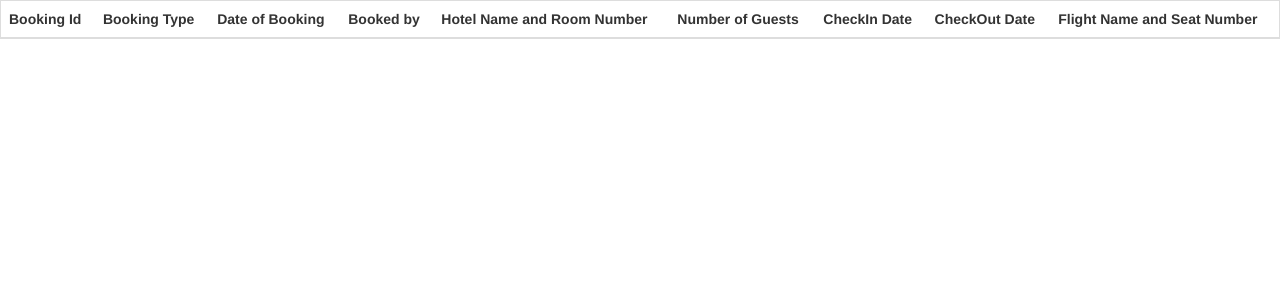
Repository: pparaska/Important
Page: http://localhost/website/WEB-INF/jsp/BookingList.jsp
The author's editor kept a copy of each file at every save. The page is drawn from the files as they stood at one save, then again after the next save.
The browser window is 1280 px wide. The pictures show the whole page.
The page is served by Tomcat 9. Nobody is signed in. Other server files are loaded and not shown. The template is opened directly, without the code that normally fills it, so the values that code supplies are empty.

Above is the page before, as saved 2019-02-15 06:37:29.

### Tripweb/website/src/main/webapp/WEB-INF/jsp/BookingList.jsp
<%@ page language="java" contentType="text/html; charset=ISO-8859-1"
	pageEncoding="ISO-8859-1"%>
<%@ taglib prefix="jstl" uri="http://java.sun.com/jsp/jstl/core"%>
<!DOCTYPE html>
<html>
<head>
<!-- Latest compiled and minified CSS -->
<link rel="stylesheet"
	href="https://maxcdn.bootstrapcdn.com/bootstrap/3.4.0/css/bootstrap.min.css">

<!-- jQuery library -->
<script
	src="https://ajax.googleapis.com/ajax/libs/jquery/3.3.1/jquery.min.js"></script>

<!-- Latest compiled JavaScript -->
<script
	src="https://maxcdn.bootstrapcdn.com/bootstrap/3.4.0/js/bootstrap.min.js"></script>
<meta charset="ISO-8859-1">
<title>Insert title here</title>
</head>
<body>
	<table class="table">
		<thead class="table table-bordered table-dark">
			<tr>
				<th scope="col">Booking Id</th>
				<th scope="col">Booking Type</th>
				<th scope="col">Date of Booking</th>
				<th scope="col">Booked by</th>
				<th scope="col">Hotel Name and Room Number</th>
				<th scope="col">Number of Guests</th>
				<th scope="col">CheckIn Date</th>
				<th scope="col">CheckOut Date</th>
				<th scope="col">Flight Name and Seat Number</th>
			</tr>
		</thead>
		<tbody>
			<jstl:forEach var="bookingList" items="${bookingList}">
				<tr>
					<!-- <th scope="row"></th> -->
					<td>${bookingList.bookingID}</td>
					<td>${bookingList.bookingType}</td>
					<td>${bookingList.dateOfBooking}</td>
					<td>${bookingList.bookedBy.fullName}</td>
					<td>${bookingList.hotel.hotelName}${bookingList.hotel.room.roomNumber}</td>
					<td>${bookingList.checkInDate}</td>
					<td>${bookingList.checkOutDate}</td>
					<td>${bookingList.flight.flightName}${bookingList.flight.seat.row}${bookingList.flight.seat.column}</td>
					<td><a href=guestsInformation>${bookingList.numberOfCustomers}</a></td>
				</tr>
			</jstl:forEach>
		</tbody>
	</table>
</body>
</html>

After the next save:
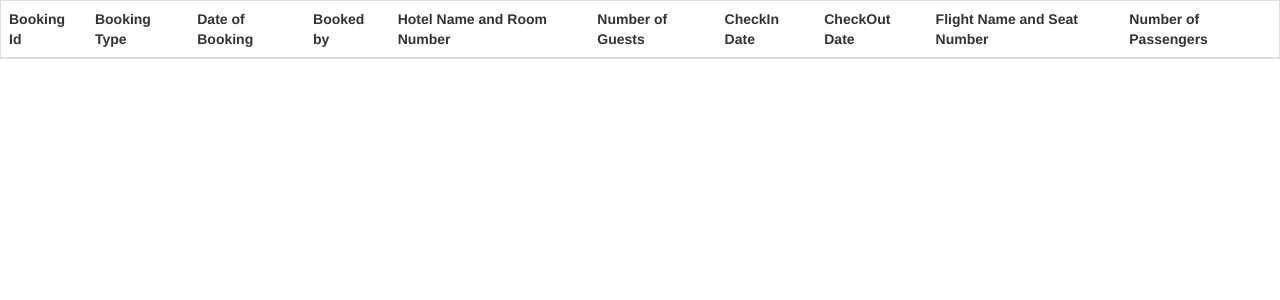
Saved 27 s later.
--- a/Tripweb/website/src/main/webapp/WEB-INF/jsp/BookingList.jsp
+++ b/Tripweb/website/src/main/webapp/WEB-INF/jsp/BookingList.jsp
@@ -31,6 +31,7 @@
 				<th scope="col">CheckIn Date</th>
 				<th scope="col">CheckOut Date</th>
 				<th scope="col">Flight Name and Seat Number</th>
+				<th scope="col">Number of Passengers</th>
 			</tr>
 		</thead>
 		<tbody>
